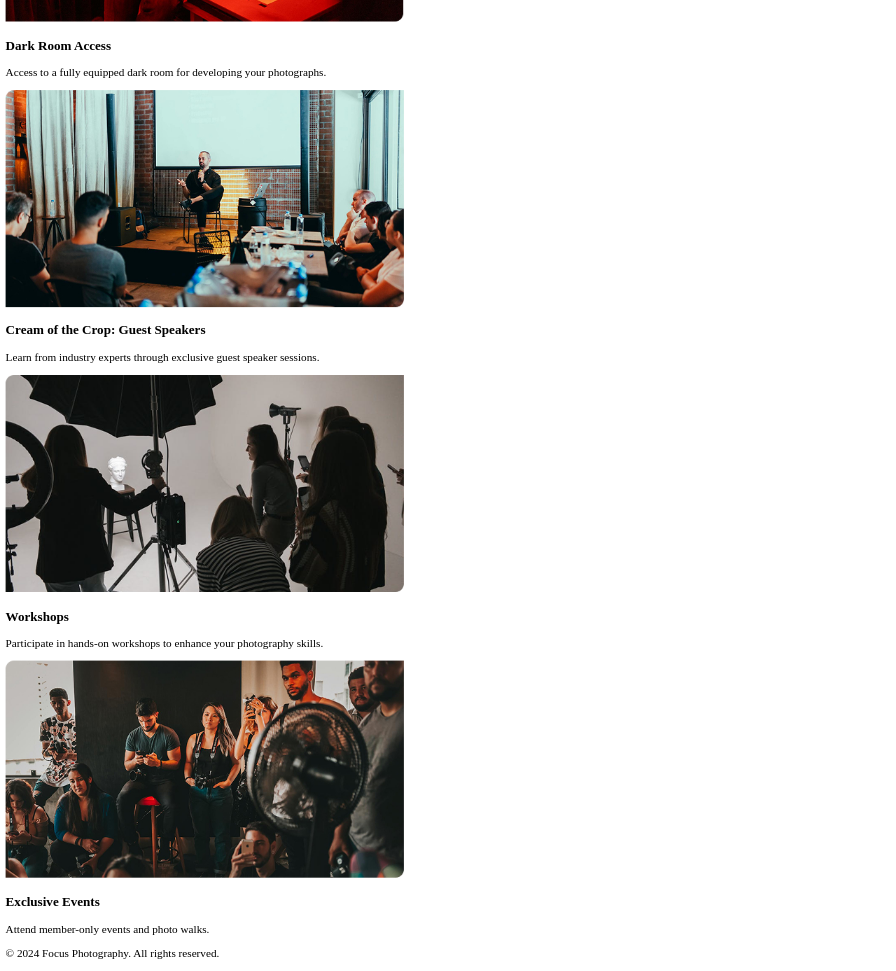
Repository: thesamaquino/focus_photography
Page: index.html
An editor plug-in stored every save of this project. The page is shown before and after the next save, followed by the edit.
The browser window is 1280 px wide. The pictures show the part of the page from y = 924 to 2844 px (the page is 2311 px tall before and 2844 px after), at 70% of full size.

Above is the page before, as saved 2025-11-14 11:43:39.

### index.html
<!DOCTYPE html>
<html lang="en">
<head>
  <meta charset="UTF-8">
  <meta name="viewport" content="width=device-width, initial-scale=1.0">
  <title>Focus Photography</title>
</head>
<body>
  <header>
    <h1>Focus Photography</h1>
    <nav>
      <ul>
        <li><a href="#home">Home</a></li>
        <li><a href="#events">Events</a></li>
        <li><a href="#about">About Us</a></li>
        <li><a href="#membership">Membership</a></li>
        <li><a href="#testimonials">Testimonials</a></li>
        <li><a href="#newsletter">Newsletter</a></li>
      </ul>
    </nav>
  </header>

  <section id="home">
    <h2>Focus Photography Club</h2>
    <p>Welcome to our humble abode! We are a community of photography enthusiasts, united by strong passion to the craft.</p>
    <a href="#events">View Upcoming Events</a>
  </section>

  <section id="events">
    <h2>Upcoming Events</h2>
    <p>We organize and host events every month! From workshops to meetups, we cater to all experience levels and skill sets.</p>
    <a href="events.html">View All Events</a>
  </section>

  <section id="about">
    <h2>Learn About Our Story</h2>
    <p>We started from a small casual gathering between friends and years later, we are now a full blown community of photographers with diverse set of experience and skills.</p>

    <p>From amateurs, hobbyists, local community members to experienced photographers!</p>

    <!-- insert carousel of pictures -->

    <!-- insert carousel of testimonials -->
  </section>

  <section id="membership">
    <h2>Membership Perks</h2>
    <p>On the right are some of the perks that you will get to enjoy once you are part of our community!</p>
    <!-- card stacks -->
     <div>
      <div class="card">
        <img src="img/guy-in-dark-room.jpg" alt="Guy developing photos in dark room while smoking">
        <h3>Dark Room Access</h3>
        <p>Access to a fully equipped dark room for developing your photographs.</p>
      </div>
      <div class="card">
        <img src="img/photographer-speaker.jpg" alt="Guest speaker giving a photography talk">
        <h3>Cream of the Crop: Guest Speakers</h3>
        <p>Learn from industry experts through exclusive guest speaker sessions.</p>
      </div>
      <div class="card">
        <img src="img/photography-workshop.png" alt="Photography workshop in session">
        <h3>Workshops</h3>
        <p>Participate in hands-on workshops to enhance your photography skills.</p>
      </div>
      <div class="card">
        <img src="img/people-with-cameras.jpg" alt="Group of photographers at an event">
        <h3>Exclusive Events</h3>
        <p>Attend member-only events and photo walks.</p>
     </div>
     </div>
  </section



  <footer>
    <p>&copy; 2024 Focus Photography. All rights reserved.</p>
  </footer>

</body>
</html>

After the next save:
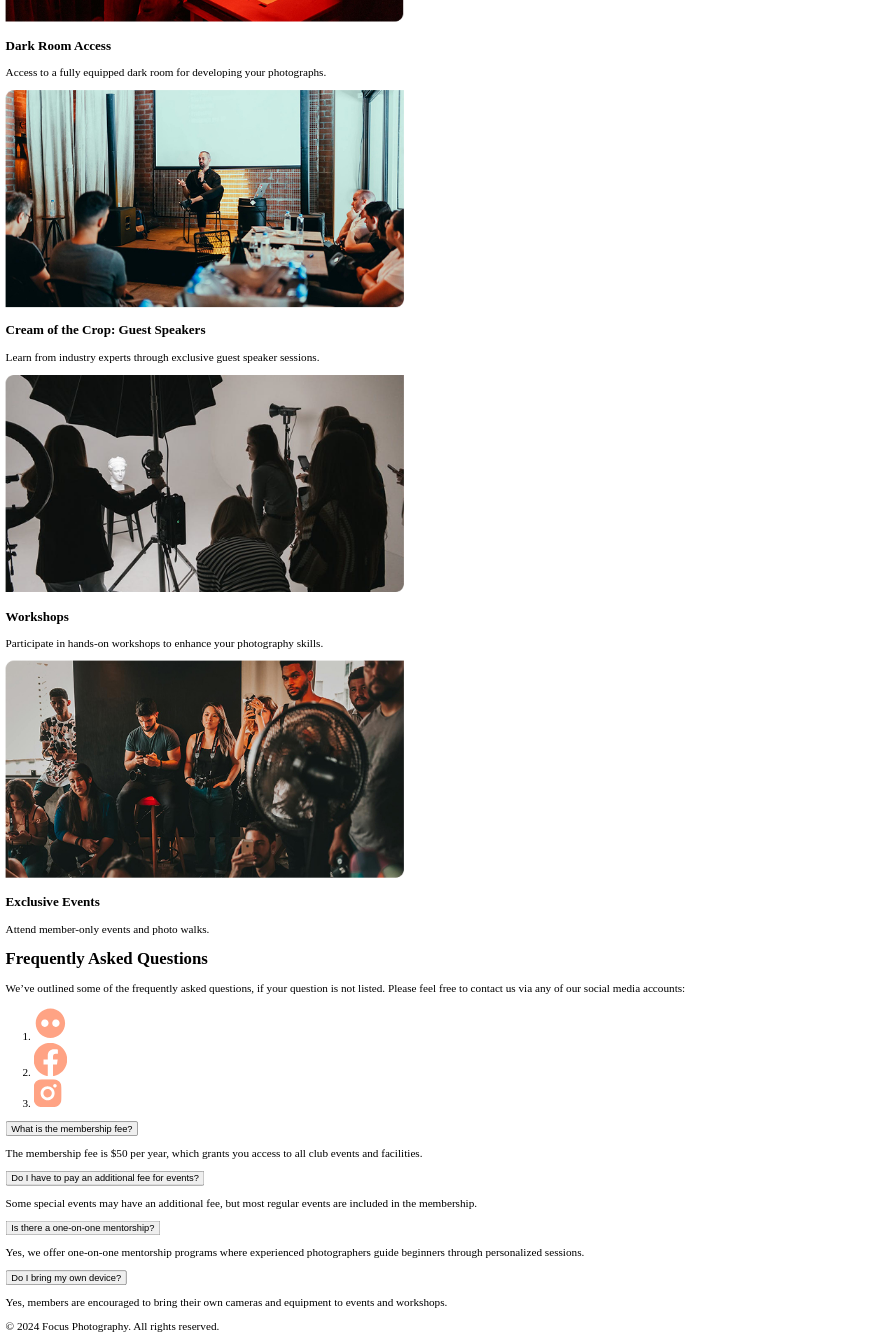
Saved 7 min 39 s later.
--- a/index.html
+++ b/index.html
@@ -1,10 +1,12 @@
 <!DOCTYPE html>
 <html lang="en">
+
 <head>
   <meta charset="UTF-8">
   <meta name="viewport" content="width=device-width, initial-scale=1.0">
   <title>Focus Photography</title>
 </head>
+
 <body>
   <header>
     <h1>Focus Photography</h1>
@@ -22,19 +24,22 @@
 
   <section id="home">
     <h2>Focus Photography Club</h2>
-    <p>Welcome to our humble abode! We are a community of photography enthusiasts, united by strong passion to the craft.</p>
+    <p>Welcome to our humble abode! We are a community of photography enthusiasts, united by strong passion to the
+      craft.</p>
     <a href="#events">View Upcoming Events</a>
   </section>
 
   <section id="events">
     <h2>Upcoming Events</h2>
-    <p>We organize and host events every month! From workshops to meetups, we cater to all experience levels and skill sets.</p>
+    <p>We organize and host events every month! From workshops to meetups, we cater to all experience levels and skill
+      sets.</p>
     <a href="events.html">View All Events</a>
   </section>
 
   <section id="about">
     <h2>Learn About Our Story</h2>
-    <p>We started from a small casual gathering between friends and years later, we are now a full blown community of photographers with diverse set of experience and skills.</p>
+    <p>We started from a small casual gathering between friends and years later, we are now a full blown community of
+      photographers with diverse set of experience and skills.</p>
 
     <p>From amateurs, hobbyists, local community members to experienced photographers!</p>
 
@@ -47,7 +52,7 @@
     <h2>Membership Perks</h2>
     <p>On the right are some of the perks that you will get to enjoy once you are part of our community!</p>
     <!-- card stacks -->
-     <div>
+    <div>
       <div class="card">
         <img src="img/guy-in-dark-room.jpg" alt="Guy developing photos in dark room while smoking">
         <h3>Dark Room Access</h3>
@@ -67,9 +72,44 @@
         <img src="img/people-with-cameras.jpg" alt="Group of photographers at an event">
         <h3>Exclusive Events</h3>
         <p>Attend member-only events and photo walks.</p>
-     </div>
-     </div>
-  </section
+      </div>
+    </div>
+  </section>
+
+  <section>
+    <h2>Frequently Asked Questions</h2>
+    <p>We’ve outlined some of the frequently asked questions, if your question is not listed. Please feel free to
+      contact us via any of our social media accounts:</p>
+    <ol>
+      <li><a href="wwww.flickr.com"><img src="img/flickr-logo.svg" alt="flickr logo"></a></li>
+      <li><a href="www.fb.com"><img src="img/fb-logo.svg" alt="fb logo"></a></li>
+      <li><a href="www.instagram.com"><img src="img/insta-logo.svg" alt="instagram logo"></a></li>
+    </ol>
+    <!-- series of accordion -->
+    <div>
+      <button class="accordion">What is the membership fee?</button>
+      <div class="panel">
+        <p>The membership fee is $50 per year, which grants you access to all club events and facilities.</p>
+      </div>
+
+      <button class="accordion">Do I have to pay an additional fee for events?</button>
+      <div class="panel">
+        <p>Some special events may have an additional fee, but most regular events are included in the membership.</p>
+      </div>
+
+      <button class="accordion">Is there a one-on-one mentorship?</button>
+      <div class="panel">
+        <p>Yes, we offer one-on-one mentorship programs where experienced photographers guide beginners through
+          personalized sessions.</p>
+      </div>
+
+      <button class="accordion">Do I bring my own device?</button>
+      <div class="panel">
+        <p>Yes, members are encouraged to bring their own cameras and equipment to events and workshops.</p>
+      </div>
+    </div>
+
+  </section>
 
 
 
@@ -78,4 +118,5 @@
   </footer>
 
 </body>
+
 </html>
